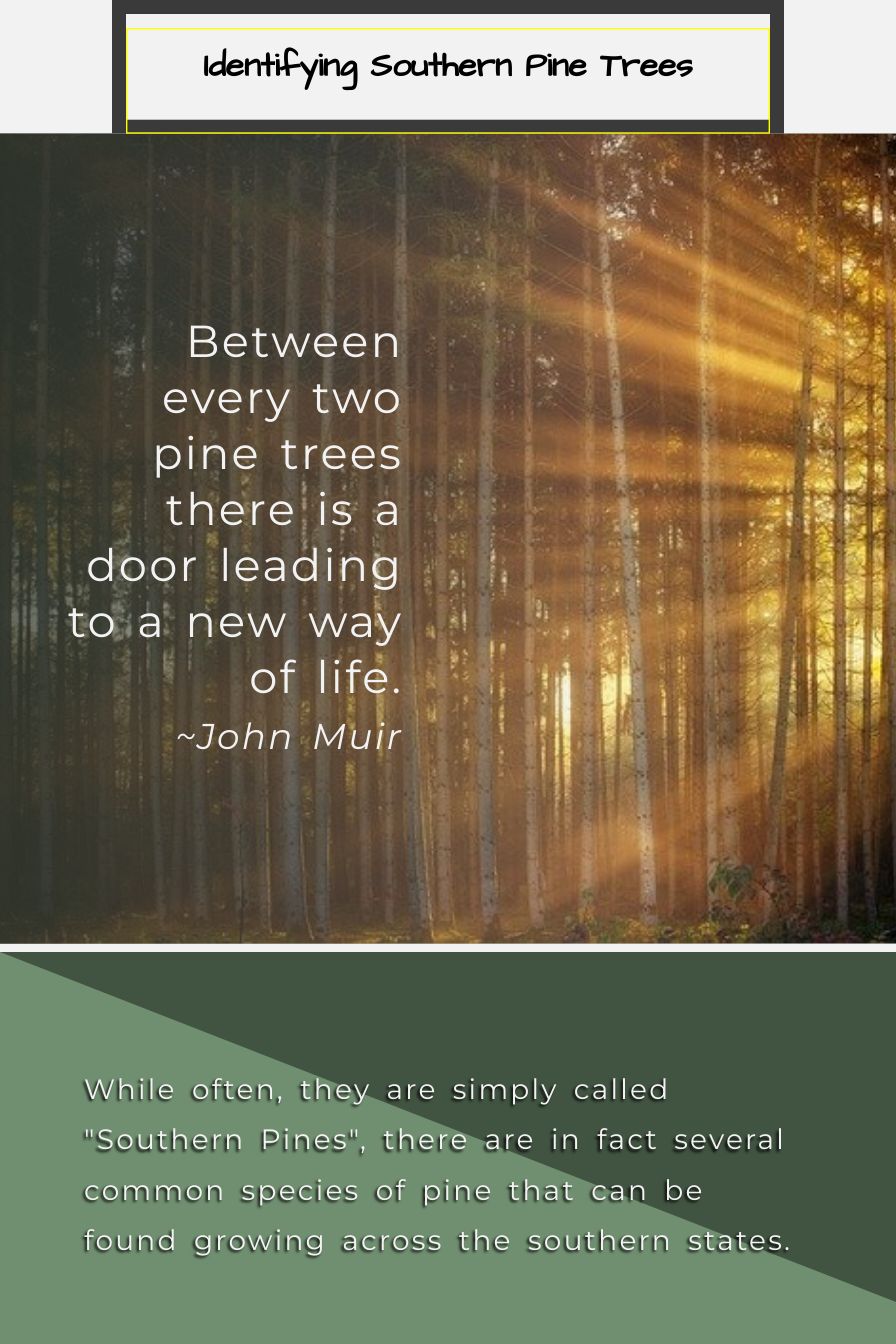
Repository: Sbethm/louisianaPineTrees
Page: pine_main.html
These files come from the project's save history. The page is drawn as it stood at one moment and after the next save; the edit follows.
The browser window is 1280 px wide. The pictures show the part of the page from y = 0 to 1920 px (the page is 3023 px tall), at 70% of full size.
The style sheet was rebuilt from its Sass, Less or Tailwind sources for each picture, by a compiler version that may differ from the author's.

Above is the page before, as saved 2021-09-24 10:55:42.

### pine_main.html
<!DOCTYPE html>
<html lang="en">
<head>
    <meta charset="UTF-8">
    <meta http-equiv="X-UA-Compatible" content="IE=edge">
    <meta name="viewport" content="width=device-width, initial-scale=1.0">
    <link rel="preconnect" href="https://fonts.googleapis.com">
    <link rel="preconnect" href="https://fonts.gstatic.com" crossorigin>
    <link href="https://fonts.googleapis.com/css2?family=Architects+Daughter&family=Montserrat:ital,wght@0,400;0,500;0,700;1,400;1,500;1,700&display=swap" rel="stylesheet">
    <!--
        headerFont: 'Architects Daughter', cursive;
        mainFont: 'Montserrat', sans-serif;
    -->
    <link rel="stylesheet" href="./CSS/main.css">
    <title>Louisiana Pine Trees</title>
</head>
<body>
    <header>
        <!-- <a href="#" class="logo">
            SarahMoosa
        </a> -->
        <h1>Identifying Southern Pine Trees</h1>
    </header>
    <main>
        <div class="hero-container container">
            <div class="hero__background-grad">
                <p class="hero__quote">Between every two pine trees there is a door leading to a new way of life. <br><cite>John Muir</cite></p>
            </div>
        </div>
        <div class="container triangle-bg">
            <div class="triangle-left"></div>
            <div class="triangle-right"></div>
            <p class="call-to-action">While often, they are simply called "Southern Pines", there are in fact several common species of pine that can be found growing across the southern states.
            </p>
        </div>
        <div class="questions-container container">
        </div>
        <div class="results-btn btn">
                <button>Next</button>
        </div>
        <div class="results"></div>

    </main>
    <script src="apps.js"></script>
</body>

### apps.js
const questionsArr = [
    {
        quest: "How many needles are in the bundle?",
        an: {
            a: "1",
            b: "2"
        }
    },
    {
        quest: "Blahasf?",
        an: {
            a: "trw",
            b: "fdb"
        }
    },
    {
        quest: "How many needles are in the bundle?",
        an: {
            a: "1",
            b: "2"
        }
    },
    {
        quest: "How many needles are in the bundle?",
        an: {
            a: "1",
            b: "2"
        }
    },
    {
        quest: "How many needles are in the bundle?",
        an: {
            a: "1",
            b: "2"
        }
    }
];

const questCont = document.querySelector('.questions-container');
const quest = document.querySelector('.question');
const options = document.querySelector('.options');
const nextBtn = document.querySelector('button');

let num = 0;

window.addEventListener('load', () => {

    let questVis = questionsArr[num];
    questCont.innerHTML =
                `<section class="question-wrapper">
                    <div class="question">
                        <p class="question__text">${questVis.quest}</p>
                    </div>
                    <div class="options">
                        <div class="answer"><p>${questVis.an.a}</p></div>
                        <div class="answer"><p>${questVis.an.b}</p></div>
                    </div>
                </section>
                `;

})

nextBtn.addEventListener('click', () => {
    num++;

    let questVis = questionsArr[num];
    questCont.innerHTML =
                `<section class="question-wrapper">
                    <div class="question">
                        <p class="question__text">${questVis.quest}</p>
                    </div>
                    <div class="options">
                        <div class="answer"><p>${questVis.an.a}</p></div>
                        <div class="answer"><p>${questVis.an.b}</p></div>
                    </div>
                </section>
                `;

})

### src/scss/main.scss
@import "./variables", "./mixins", "./normalize";


// ============ GLOBAL STYLES ============
*, *::before, *::after {
    box-sizing: border-box;
}

body {
    margin: 0;
    background-color: $mainColorLi;
}

header {

}

h1{
    position: relative;
    margin: 0 auto;
    padding: 1em;
    width: 75%;
    font-family: $headerFont;
    font-size: 3rem;
    text-align: center;
    background-color: $mainColorLi;
    border: 20px solid #3a3a3a;

    &::after {
        content: "";
        position: absolute;
        width: 100%;
        height: 100%;
        border:2px solid yellow;
        top: 20px;
        left: 0;
    }
}

p {
    margin: 0;
    padding: 4em 3em;
    font-family: $mainFont;
    font-size: 2.5rem;
    letter-spacing: 0.2rem;
    word-spacing: 0.5rem;
    line-height: 4.5rem;
    color: $mainColorLi;
}

.container {
    background-color: $mainColorDr;
}

// ============ HERO STYLES ============
.hero-container {
    background-image: url(../img/forest-pine.jpg);
    background-repeat: no-repeat;
    background-size: cover;
    border-bottom: 12px solid $mainColorLi;
}

.hero__background-grad {
    background: linear-gradient(90deg, rgba(57,64,53,0.7721463585434174) 0%, rgba(242,242,242,0.19791666666666663) 66%, rgba(242,242,242,0) 100%);
}

.hero__quote {
    padding: 4em 1em;
    width: 50%;
    text-align: right;
    font-size: 4rem;
    line-height: 5rem;
    letter-spacing: 0.2rem;
    word-spacing: 0.5rem;

    & cite {
        font-size: 0.8em;

        &::before {
            content: "~";
        }
    }
}


// ============ CALL-TO-ACTION STYLES ============
.call-to-action {
    border-bottom: 12px solid $mainColorLi;
}

.triangle-bg {
    display: grid;
    grid-template-columns: 100vw;
    grid-template-rows: 100%;
    align-content: center;

    & p {
        grid-row: 1 / 1;
        grid-column: 1 / 1;
        text-shadow: -3px 3px 4px #020202;
    }

    & .triangle-left{
        grid-row: 1 / 1;
        grid-column: 1 / 1;
        border-style: solid;
        border-width: 500px 0 0 100vw;
        border-color: transparent transparent transparent $acColorLi;
    }
}

.questions-container{
    padding: 3em;
    background-color: $mainColorDr;

}

.question-wrapper {
    background-color: $mainColorLi;
    box-shadow: -7px 9px 10px 0px #272626;

    & .question__text {
        padding-bottom: 0;
        font-weight: 700;
        text-align: center;
        color: $acColorLi;
    }
}

.options {
    display: flex;
    flex-direction: row;
    justify-content: center;
}

.answer {
    margin: 6em;
    padding: 0;
    width: fit-content;
    min-width: 150px;
    border-radius: 100px;
    box-shadow: -5px 5px 10px 0px #696767;
    @include transition(all .3s ease);

    & p {
        padding: 1em 2em;
        text-align: center;
        font-weight: 600;
        color: $acColorLi;
    }

    &:hover, :focus {
        background-color: #f8cb6b;
        box-shadow: -5px 5px 10px 0px #696767;
    }
}

.results-btn {
    display: flex;
    justify-content: center;
    background-color: $mainColorDr;
}

button {
    margin: 1em 0 2em 0;
    padding: 1em 3em;
    font-family: $mainFont;
    font-size: 3rem;
    letter-spacing: 0.2rem;
    font-weight: 700;
    color: $acColorLi;
    border-radius: 100px;
    box-shadow: -7px 9px 10px 0px #272626;
}




//This code was used to cause grid items to over lap. It worked very well, but I think it is unnecessary and bulkier code than I need for the result that I want.
// .intro-container {
//     display: grid;
//     grid-template-columns: 50% 50%;
//     grid-auto-rows: 100%;

//     & img {
//         grid-column: 1/3;
//         grid-row: 1;
//         display: inline;
//         max-width: 100%;
//         z-index: 1;
//     }

//     & .quote {
//         grid-column: 2/3;
//         grid-row: 1;
//         align-self: center;
//         z-index: 9;
//     }
// }

### src/scss/_variables.scss
//COLORS
$mainColorDr: hsl(120, 12%, 29%);
$mainColorLi: hsl(0, 0%, 95%);
$acColorLi: hsl(120, 12%, 50%);
$acColorDr: hsl(0, 0%, 5%);

//FONTS
$headerFont: 'Architects Daughter', cursive;
$mainFont: 'Montserrat', sans-serif;

### src/scss/_mixins.scss
// ====== Transitions ======

@mixin transition($args...) {
    transition: $args;
}


// ====== Transitions ======
// ====== Transitions ======
// ====== Transitions ======

Loaded but not shown: src/scss/_normalize.scss (common file)

After the next save:
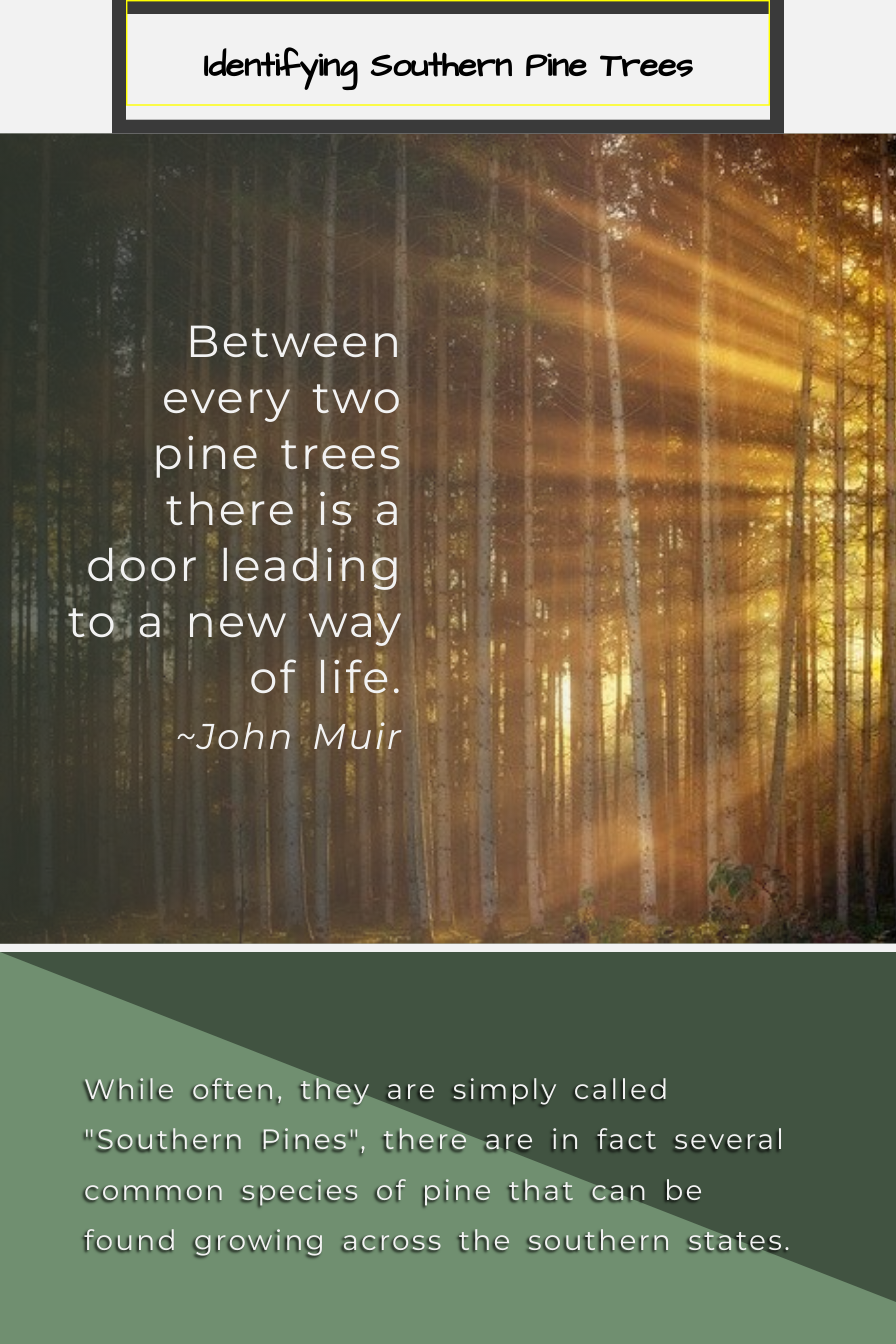
Saved 6 s later.
--- a/src/scss/main.scss
+++ b/src/scss/main.scss
@@ -32,7 +32,7 @@ h1{
         width: 100%;
         height: 100%;
         border:2px solid yellow;
-        top: 20px;
+        top: -20px;
         left: 0;
     }
 }
